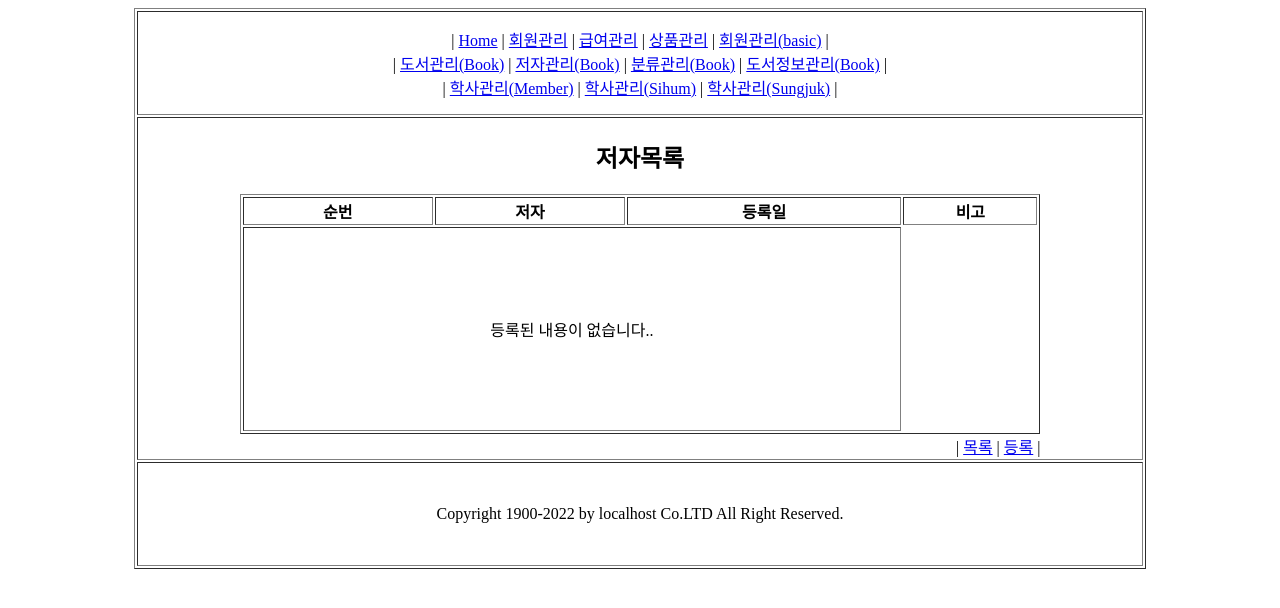
Repository: Mildous/HKIT-BackendClass
Page: http://localhost/jspTest/haksaMember/insert.jsp
The author's editor kept a copy of each file at every save. The page is drawn from the files as they stood at one save, then again after the next save.
The browser window is 1280 px wide. The pictures show the whole page.
The page is served by Tomcat 9. Queries for data that is not in the repository find no rows.

Above is the page before, as saved 2022-08-17 01:45:01.

After the next save:
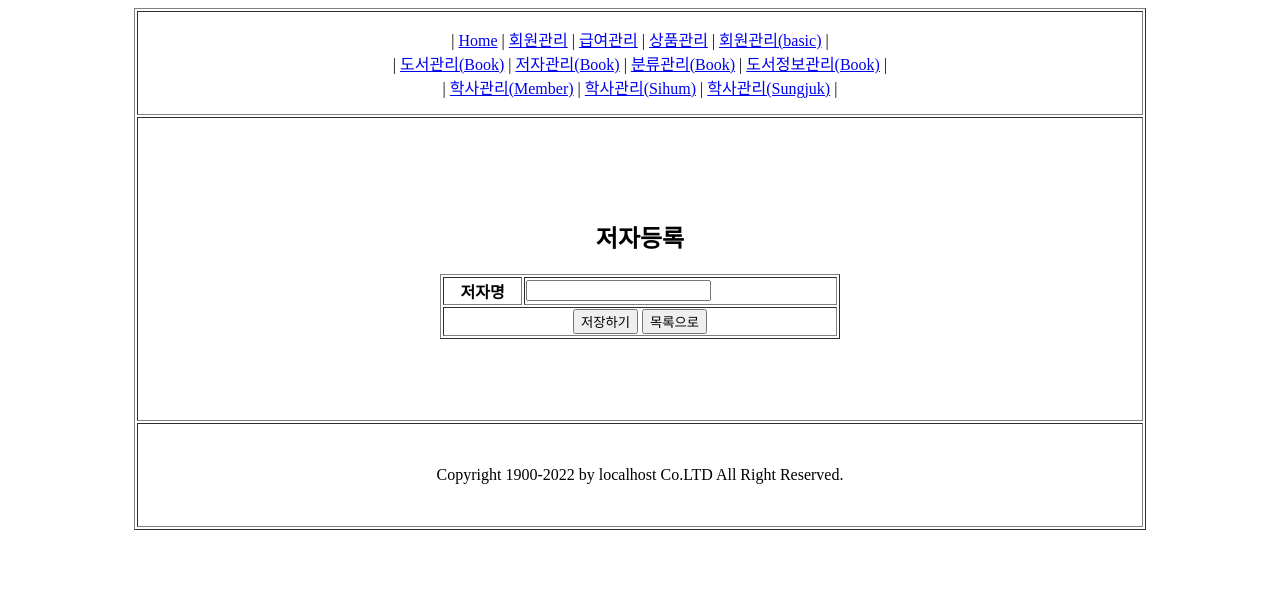
Saved 41 s later.
--- a/workspace/jsp/jspTest/WebContent/haksaMember/insert.jsp
+++ b/workspace/jsp/jspTest/WebContent/haksaMember/insert.jsp
@@ -16,7 +16,7 @@
 	</tr>
 	<tr>
 		<td height="300px;" align="center">
-			<jsp:include page="list_sub.jsp" flush="true" />
+			<jsp:include page="insert_sub.jsp" flush="true" />
 		</td>
 	</tr>
 	<tr>
